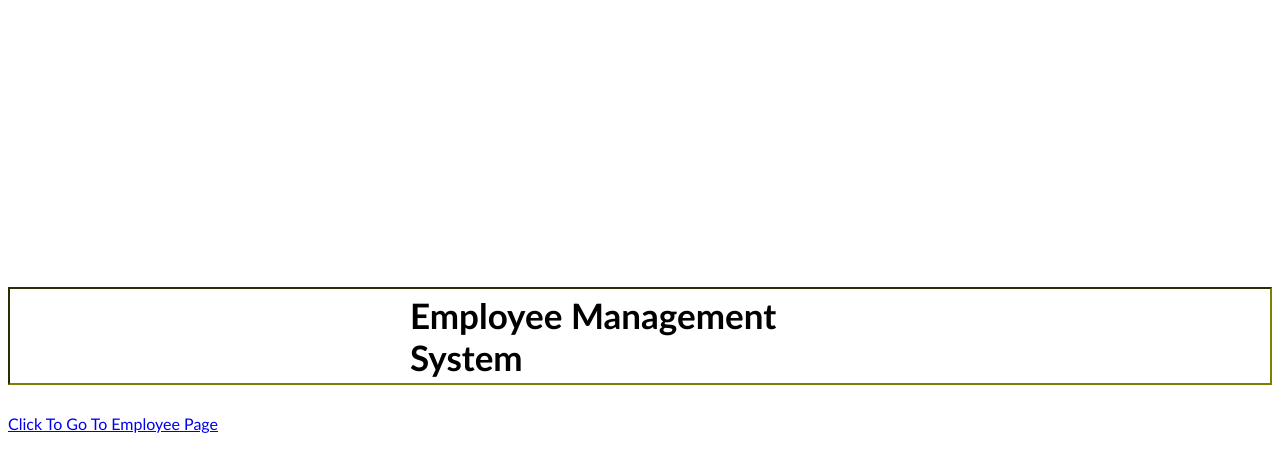
Repository: prieeyatambe/priyatambe_SpringMavenHibernate
Page: http://localhost/Project/
The author's editor kept a copy of each file at every save. The page is drawn from the files as they stood at one save, then again after the next save.
The browser window is 1280 px wide. The pictures show the whole page.
The page is served by Tomcat 9.

Above is the page before, as saved 2024-03-06 07:14:51.

After the next save:
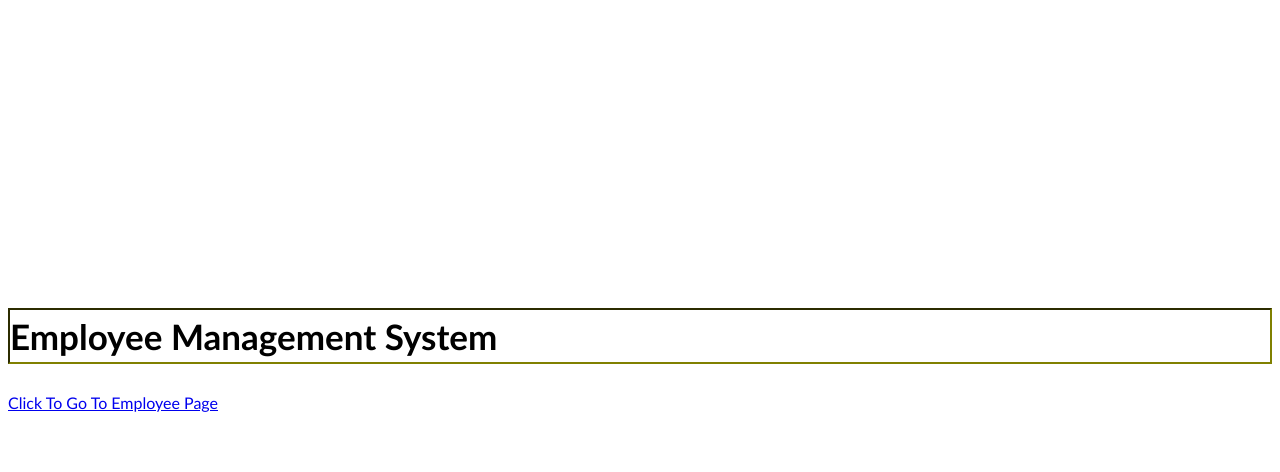
Saved 26 s later.
--- a/SpringMaven/mavenproject/Project/src/main/webapp/index.jsp
+++ b/SpringMaven/mavenproject/Project/src/main/webapp/index.jsp
@@ -8,7 +8,7 @@ h2{
 	font-size: 35px;
 	font-family: 'Trebuchet MS', 'Lucida Sans Unicode', 'Lucida Grande', 'Lucida Sans', Arial, sans-serif;
 	border: 2px olive inset;
-	padding: 5px 400px 5px 400px;
+	padding: 5px 500px 5px 00px;
 }
 a{
     font-family: 'Trebuchet MS', 'Lucida Sans Unicode', 'Lucida Grande', 'Lucida Sans', Arial, sans-serif;
